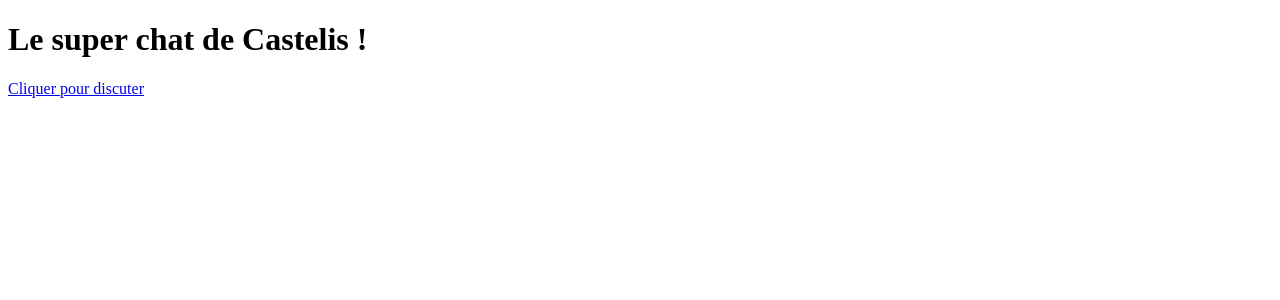
Repository: ahamie71/Whatsup
Page: http://localhost/
These files come from the project's save history. The page is drawn as it stood at one moment and after the next save; the edit follows.
The browser window is 1280 px wide. The pictures show the whole page.
The page is run by PHP 8.4 with error messages shown; the project is at /var/www/html/.

Above is the page before, as saved 2023-02-02 11:20:59.

After the next save:
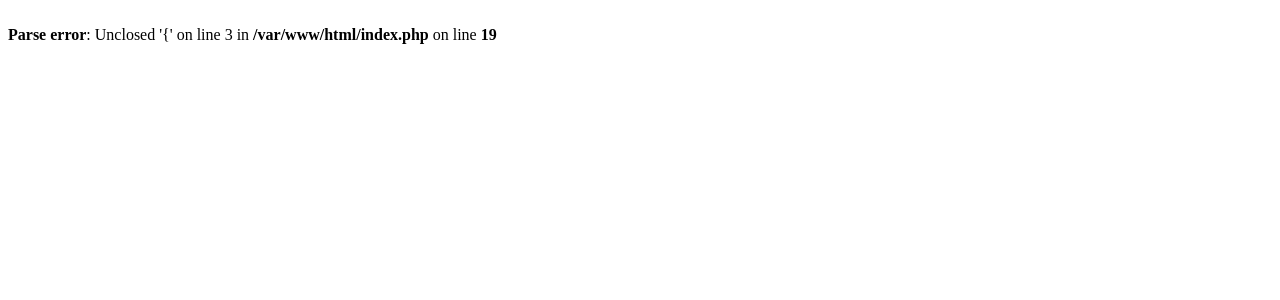
Saved 3 min 26 s later.
--- a/index.php
+++ b/index.php
@@ -6,7 +6,7 @@
         require_once(dirname(__FILE__) . '/src/Controllers/MessageController.php');
         getMessages();
         }
-} else {
+else {
         require_once(dirname(__FILE__) . '/src/Controllers/homepageController.php');
         homepage();
     }
